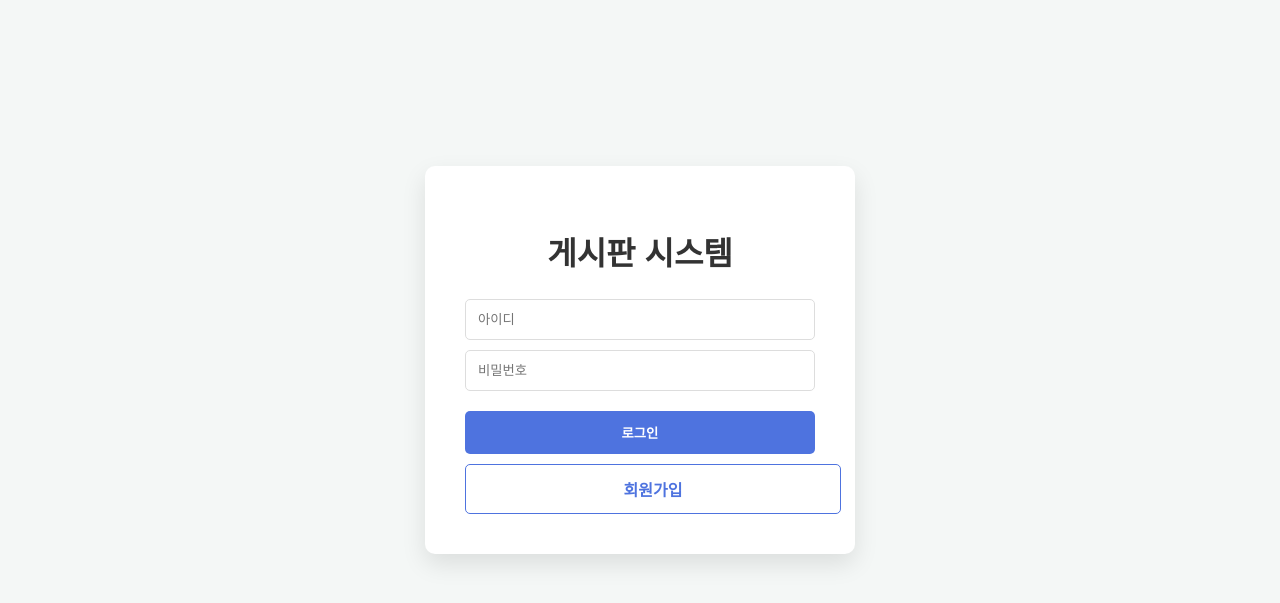
Repository: cjoh0407-ctrl/spring_legacy_project
Page: http://localhost/project/
An editor plug-in stored every save of this project. The page is shown before and after the next save, followed by the edit.
The browser window is 1280 px wide. The pictures show the whole page.
The page is served by Tomcat 10. Nobody is signed in. The application's start-up code is not run.

Above is the page before, as saved 2026-01-05 07:15:24.

After the next save:
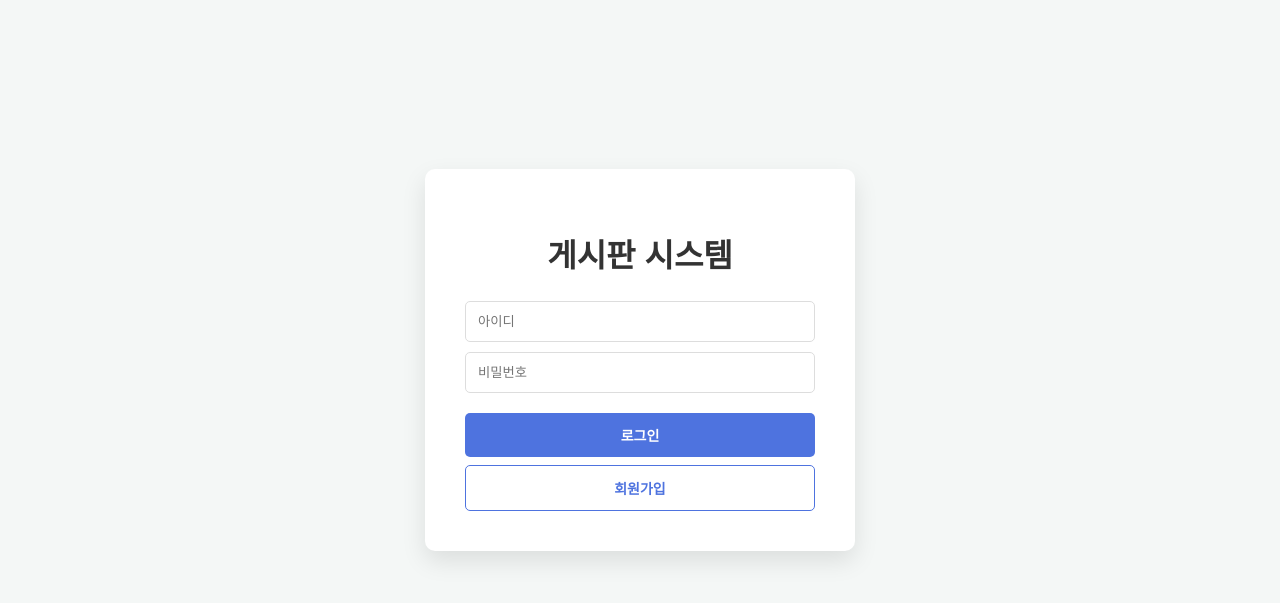
Saved 61 s later.
--- a/project/src/main/webapp/index.jsp
+++ b/project/src/main/webapp/index.jsp
@@ -8,11 +8,37 @@
         body { font-family: 'Arial', sans-serif; background-color: #f4f7f6; margin: 0; display: flex; justify-content: center; align-items: center; height: 100vh; }
         .container { background: white; padding: 40px; border-radius: 10px; box-shadow: 0 10px 25px rgba(0,0,0,0.1); text-align: center; width: 350px; }
         h1 { color: #333; margin-bottom: 25px; }
+
+        /* input 박스 크기 기준 통일 */
         input { width: 100%; padding: 12px; margin-bottom: 10px; border: 1px solid #ddd; border-radius: 5px; box-sizing: border-box; }
-        .btn-group { display: flex; flex-direction: column; gap: 10px; margin-top: 10px; }
-        .btn { display: block; padding: 12px; text-decoration: none; border-radius: 5px; font-weight: bold; cursor: pointer; border: none; width: 100%; }
-        .btn-login { background-color: #4e73df; color: white; }
-        .btn-register { background-color: white; border: 1px solid #4e73df; color: #4e73df; }
+
+        /* 버튼 그룹 간격 조정 */
+        .btn-group { display: flex; flex-direction: column; gap: 8px; margin-top: 10px; }
+
+        /* 버튼 공통 스타일 수정 */
+        .btn {
+            display: block;
+            padding: 12px;
+            text-decoration: none;
+            border-radius: 5px;
+            font-weight: bold;
+            cursor: pointer;
+            width: 100%;
+            box-sizing: border-box; /* 패딩이 너비에 영향을 주지 않도록 설정 */
+            font-size: 14px;        /* 로그인/회원가입 글자 크기 통일 */
+            text-align: center;
+            transition: 0.2s;
+        }
+
+        .btn-login { background-color: #4e73df; color: white; border: none; }
+        .btn-login:hover { background-color: #2e59d9; }
+
+        .btn-register {
+            background-color: white;
+            border: 1px solid #4e73df;
+            color: #4e73df;
+        }
+        .btn-register:hover { background-color: #f8f9fc; }
     </style>
 </head>
 <body>
@@ -34,11 +60,10 @@
     </div>
 
     <script>
-    // 컨트롤러에서 rttr.addFlashAttribute로 보낸 "msg"가 있다면 알림창을 띄움
     var msg = "${msg}";
     var error = "${error}";
-    if(msg) alert(msg);
-    if(error) alert(error);
+    if(msg && msg !== "null") alert(msg);
+    if(error && error !== "null") alert(error);
 	</script>
 
 </body>
